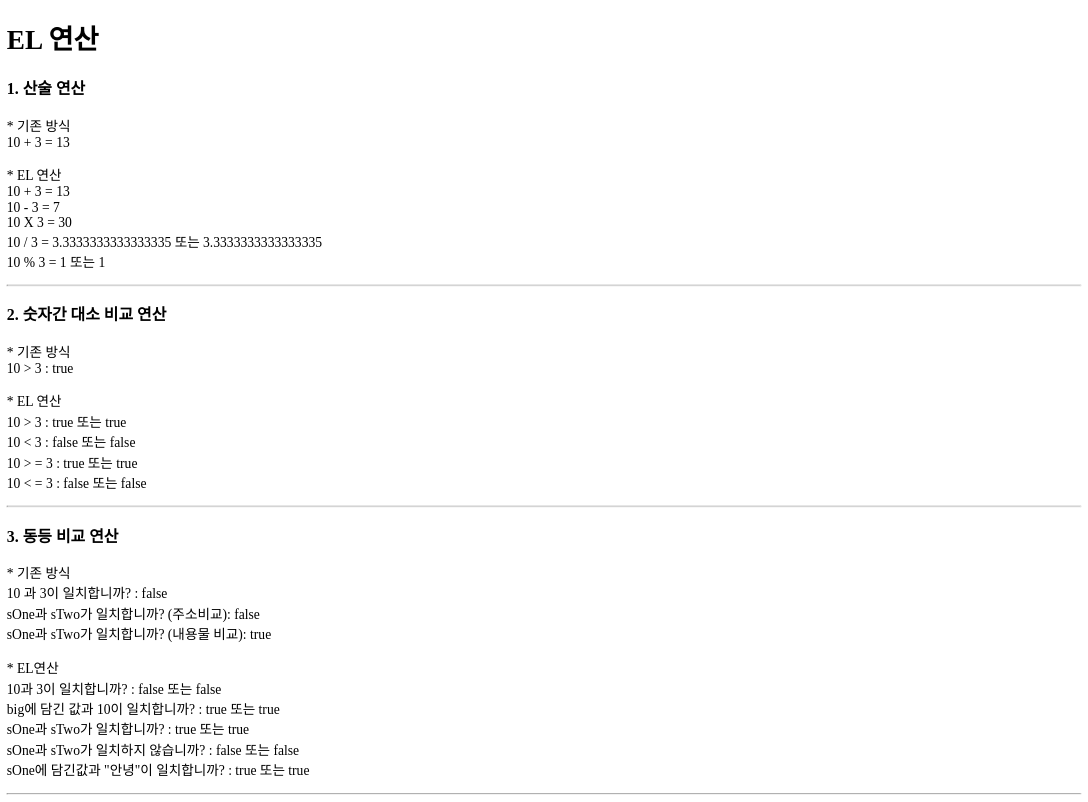
Repository: DonghwanSon1/ajax-jsp-study
Page: http://localhost/ActionProject/operation.do
The author's editor kept a copy of each file at every save. The page is drawn from the files as they stood at one save, then again after a run of saves.
The browser window is 1280 px wide. The pictures show the whole page, at 85% of full size.
The page is served by Tomcat 9.

Above is the page before, as saved 2022-07-12 02:52:45.

After the next 3 saves:
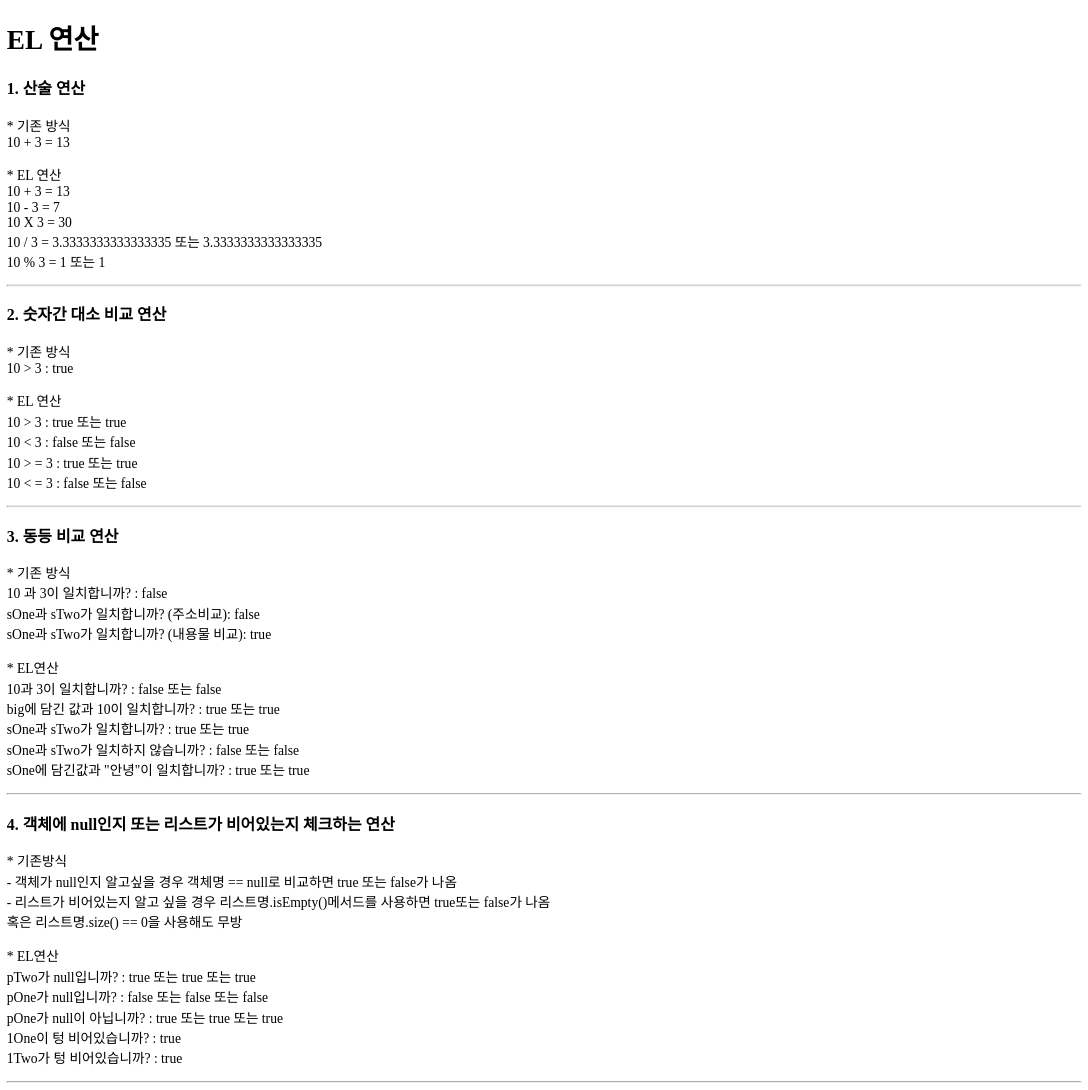
The 3 saves are shown as one change because 2 did not build or start.
The last was saved 17 min 28 s later.
--- a/ActionProject/WebContent/views/1_EL/01_elOperation.jsp
+++ b/ActionProject/WebContent/views/1_EL/01_elOperation.jsp
@@ -72,9 +72,27 @@
 
 	<hr>
 
+	<h3>4. 객체에 null인지 또는 리스트가 비어있는지 체크하는 연산</h3>
+
+	<p>
+		 * 기존방식 <br>
+		 - 객체가 null인지 알고싶을 경우 객체명 == null로 비교하면 true 또는 false가 나옴 <br>
+		 - 리스트가 비어있는지 알고 싶을 경우 리스트명.isEmpty()메서드를 사용하면 true또는 false가 나옴 <br>
+		 혹은 리스트명.size() == 0을 사용해도 무방
+	</p>
 
 
+	<p>
+		* EL연산 <br>
+		pTwo가 null입니까? : ${ empty pTwo } 또는 ${ pTwo == null } 또는 ${ pTwo eq null } <br>
+		pOne가 null입니까? : ${ empty pOne } 또는 ${ pOne == null } 또는 ${ pOne eq null } <br>
+		pOne가 null이 아닙니까? : ${ !empty pOne } 또는 ${ pOne != null } 또는 ${ pOne ne null } <br>
 
+		1One이 텅 비어있습니까? : ${ empty lOne } <br>
+		1Two가 텅 비어있습니까? : ${ empty lTwo } <br>
+	</p>
+
+	<hr>
 
 
 
